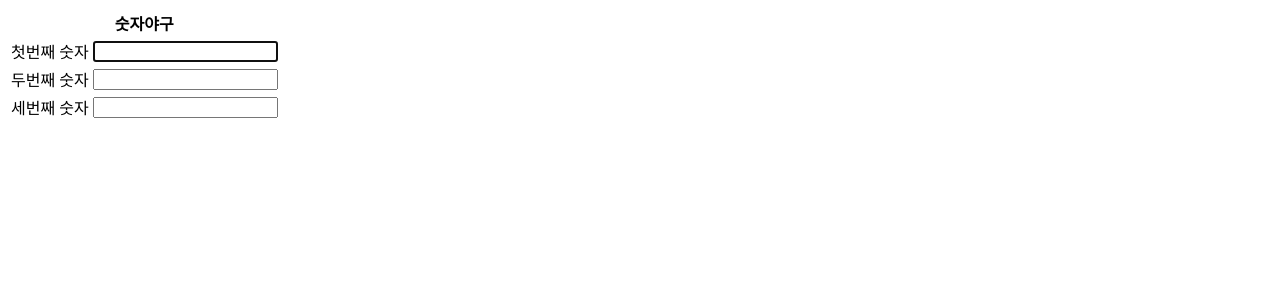
Repository: kmw7691/Soldesk
Page: http://localhost/Nov15_1_NB/nb.jsp
These files come from the project's save history. The page is drawn as it stood at one moment and after the next save; the edit follows.
The browser window is 1280 px wide. The pictures show the whole page.
The page is served by Tomcat 9. Other server files are loaded and not shown.

Above is the page before, as saved 2023-11-15 01:30:28.

### Nov15_1_NB/src/main/webapp/nb.jsp
<%@ page language="java" contentType="text/html; charset=UTF-8"
    pageEncoding="UTF-8"%>
<!DOCTYPE html>
<html>
<head>
<meta charset="UTF-8">
<title>nb.jsp</title>
<script type="text/javascript" src="KwakValidChecker.js"></script>
<script type="text/javascript" src="nbCheck.js"></script>
</head>
<body>
<form action="HomeController" name="nbForm" method="post"
	enctype="multipart/form-data" onsubmit="return checkValid">
	<table id="nbTbl">
		<tr>
			<th colspan="2">숫자야구</th>
		</tr>
		<tr>
			<td class="td1" align="center">첫번째 숫자</td>
			<td class="td2"><input name="first" maxlength="1"
				autofocus="autofocus" autocomplete="off"></td>
		</tr>
		<tr>
			<td class="td1" align="center">두번째 숫자</td>
			<td class="td2"><input name="second" maxlength="1"
				autofocus="autofocus" autocomplete="off"></td>
		</tr>
		<tr>
			<td class="td1" align="center">세번째 숫자</td>
			<td class="td2"><input name="third" maxlength="1"
				autofocus="autofocus" autocomplete="off"></td>
		</tr>
	</table>
</form>
</body>
</html>

### Nov15_1_NB/src/main/webapp/KwakValidChecker.js
//KwakValidChecker.js

//개발자가 의도한대로 되하지않으면 true값
//(뭔가 문제가 되면 true, 정상적이면 false인 컨셉)


//<input>넣었을때
//		아무것도 안썼으면 true, 뭐라도썼으면 false
function isEmpty(input){
	return (!input.value);
}


//<input>, 글자 수 넣었을때
function atLeastLetter(input, len){
	return (input.value.length < len);
}


//<input>넣었을때
//		한글/특수문자가 적혀있다면 true, 아니면 false
function containsAnother(input){
	let pass = "1234567890abcdefghijklmnopqrstuvwxyzABCDEFGHIJKLMNOPQRSTUVWXYZ@._";

	let iv = input.value;
	for(let i = 0; i < iv.length; i++){
		if(pass.indexOf(iv[i]) == -1){ //pass에 있는 내용중 내가 쓴 내용이없으면
			return true;
		}
	}
	return false;
}


//<input> x 2넣었을때(pw, pw확인)
//		내용이다르면 true, 같으면 false
function notEqualPw(input1, input2){
	return (input1.value !== input2.value);
}


//<input>, 문자열 세트 넣었을때
//		없으면 true, 있으면 false(입력한 pw에 지정한 문자열이 없는 경우)
function notContains(input, passSet){
	let iv = input.value;
	for(let i = 0; i < passSet.length; i++){
		if(iv.indexOf(passSet[i]) !== -1){
			return false;
		}
	}
	return true;
}


//<input>넣었을때
//		숫자 아닌게 있으면 true, 숫자만 있으면 false
function isNotNumber(input){
	return isNaN(input.value);
}


//<input>, 확장자 넣었을때
//		확장자명 아니면 true, 맞으면 false
function isNotType(input, type){
	//.gif  .png
	type = "." + type;
	return (input.value.indexOf(type) == -1);
}

Loaded but not shown: Nov15_1_NB/src/main/webapp/nbCheck.js (common file)

After the next save:
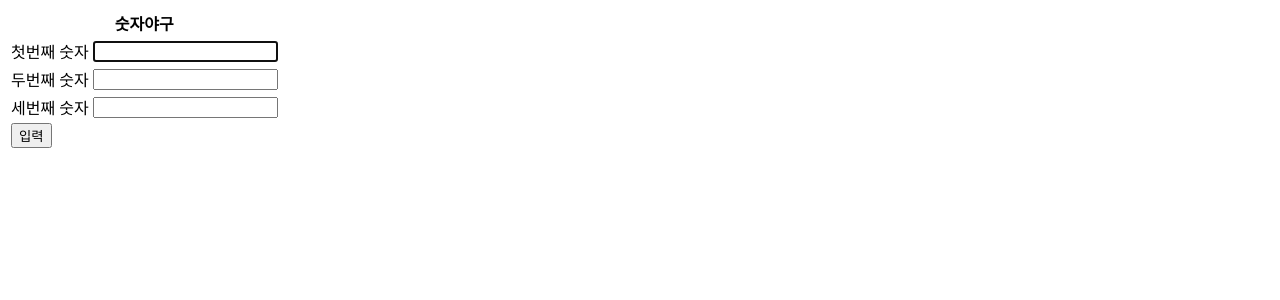
Saved 24 s later.
--- a/Nov15_1_NB/src/main/webapp/nb.jsp
+++ b/Nov15_1_NB/src/main/webapp/nb.jsp
@@ -30,6 +30,7 @@
 			<td class="td2"><input name="third" maxlength="1"
 				autofocus="autofocus" autocomplete="off"></td>
 		</tr>
+		<tr><td><button>입력</button></td></tr>
 	</table>
 </form>
 </body>
